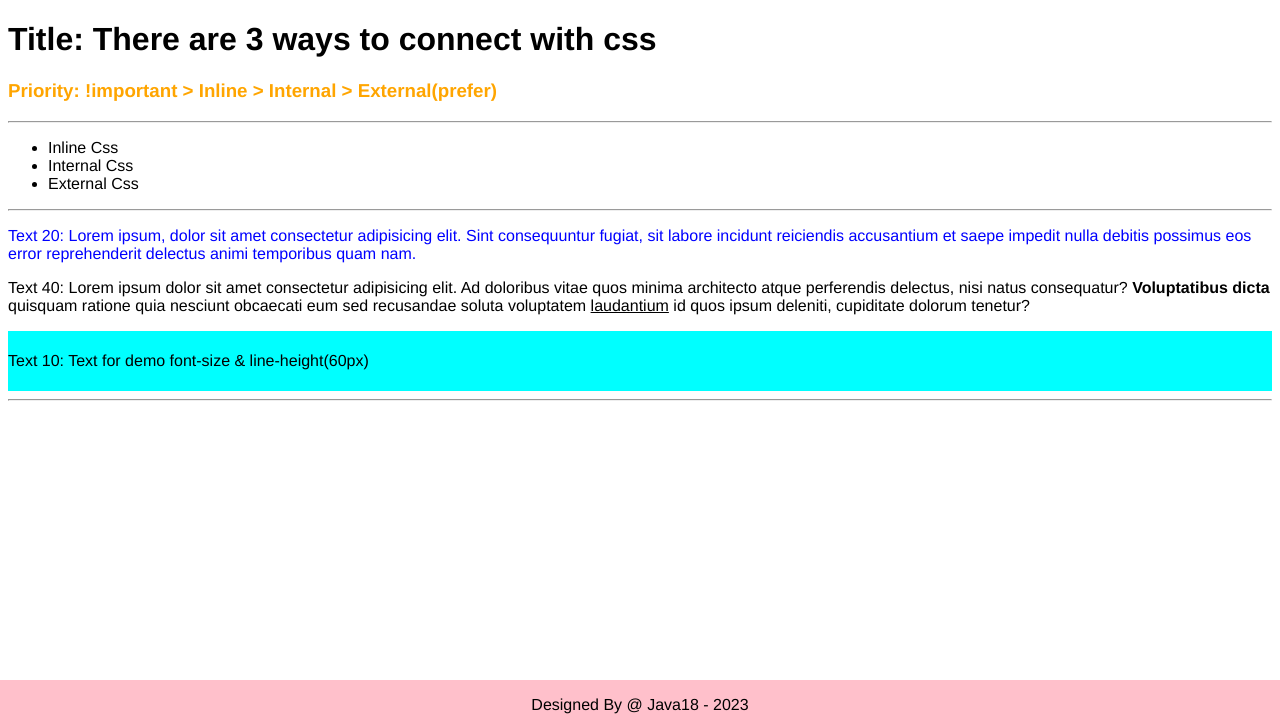
Repository: j4tdn/java18-repository
Page: 2. CSS3/ex03-base-content-basic-properties.html
These files come from the project's save history. The page is drawn as it stood at one moment and after the next save; the edit follows.
The browser window is 1280 px wide. The pictures show the whole page.

Above is the page before, as saved 2023-10-21 18:36:49.

### 2. CSS3/ex03-base-content-basic-properties.html
<!DOCTYPE html>
<html lang="en">
  <head>
    <meta charset="UTF-8" />
    <meta name="viewport" content="width=device-width, initial-scale=1.0" />
    <title>Ex03 - Base Content For Demo Basic CSS Properties</title>
    <link rel="stylesheet" href="css/style-base.css" />
    <link rel="stylesheet" href="css/utils.css" />
  </head>
  <body>
    <!-- html comments -->
    <div id="page-header">
      <h1>Title: There are 3 ways to connect with css</h1>
      <h3 class="text-orange">
        Priority: !important > Inline > Internal > External(prefer)
      </h3>
    </div>

    <hr />

    <div id="page-main">
      <ul>
        <li>Inline Css</li>
        <li>Internal Css</li>
        <li>External Css</li>
      </ul>
      <hr />
      <p class="text-blue">
        Text 20: Lorem ipsum, dolor sit amet consectetur adipisicing elit. Sint
        consequuntur fugiat, sit labore incidunt reiciendis accusantium et saepe
        impedit nulla debitis possimus eos error reprehenderit delectus animi
        temporibus quam nam.
      </p>
      <p>
        Text 40: Lorem ipsum dolor sit amet consectetur adipisicing elit. Ad
        doloribus vitae quos minima architecto atque perferendis delectus, nisi
        natus consequatur?
        <span class="text-bold">Voluptatibus dicta</span> quisquam ratione quia
        nesciunt obcaecati eum sed recusandae soluta voluptatem
        <span class="text-underline">laudantium</span> id quos ipsum deleniti,
        cupiditate dolorum tenetur?
      </p>
      <div class="parent-text10lh">
        <p class="text10lh">
          Text 10: Text for demo font-size & line-height(60px)
        </p>
      </div>
    </div>
    <hr />

    <div id="page-footer">
      <p class="text-align-center">Designed By @ Java18 - 2023</p>
    </div>
  </body>
</html>

### 2. CSS3/css/style-base.css
/*  */
* {
  font-family: corbel, helvetica, sans-serif;
}

/* EX02: CSS SELECTOR CLASS ID */
/* Chỉ có thẻ p với class là text20 mới ăn */
/* p[class="text20"] {
  color: blue;
} */
/* p.text20 {
  color: blue;
} */
/* Tất cả tag với class là text20 */
/* .text20 {
  color: blue;
} */

#page-footer {
  position: absolute;
  bottom: 0;
  left: 0;
  width: 100%;
  height: 40px;
  background-color: pink;
}

/* EX03: BASE CONTENT BASIC DEMO */
.parent-text10lh {
  height: 60px;
  background-color: cyan;
}
.text10lh {
  line-height: 60px;
  color: #fc;
}

### 2. CSS3/css/utils.css
.text-green {
  color: green;
}
.text-blue {
  color: blue;
}
.text-orange {
  color: orange;
}
.text-bold {
  font-weight: bold;
}
.text-underline {
  text-decoration: underline;
}
.text-line-through {
  text-decoration: line-through;
}
.text-overline {
  text-decoration: overline;
}
.text-decor-none {
  text-decoration: none;
}
.text-align-left {
  text-align: left;
}
.text-align-center {
  text-align: center;
}
.text-align-right {
  text-align: right;
}

After the next save:
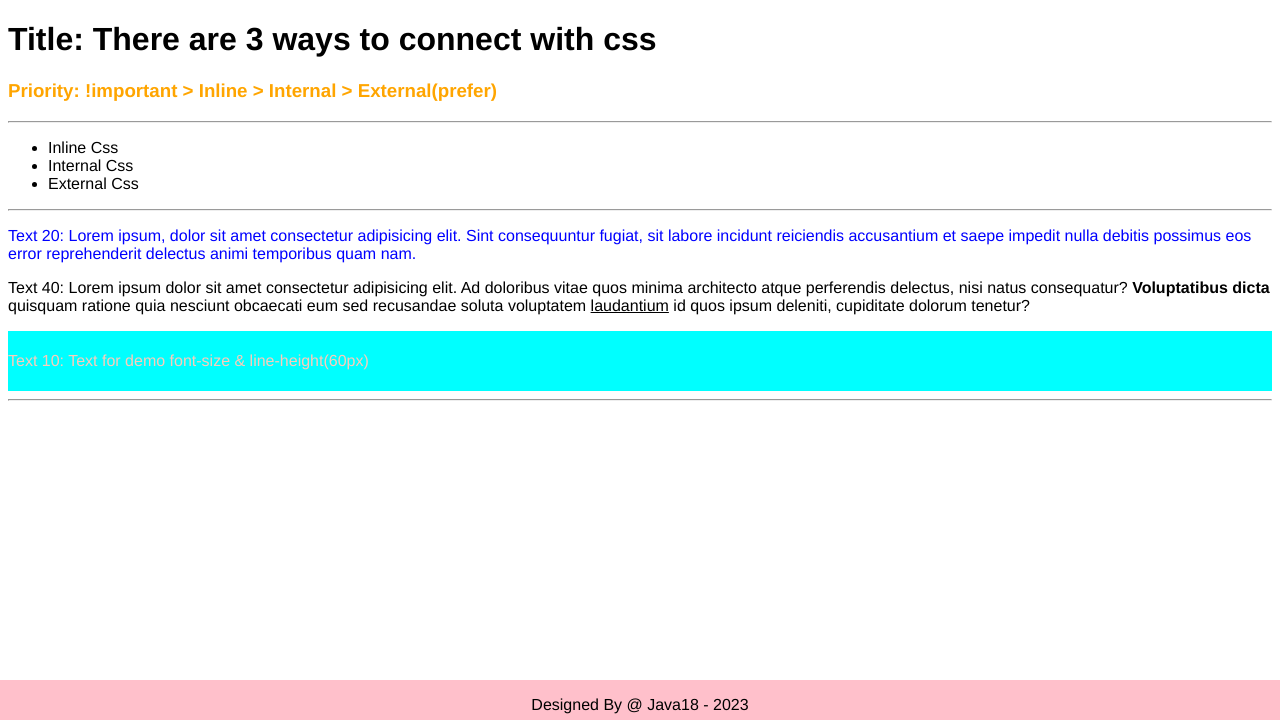
Saved 6 s later.
--- a/2. CSS3/css/style-base.css
+++ b/2. CSS3/css/style-base.css
@@ -32,5 +32,5 @@
 }
 .text10lh {
   line-height: 60px;
-  color: #fc;
+  color: #fcccba;
 }
